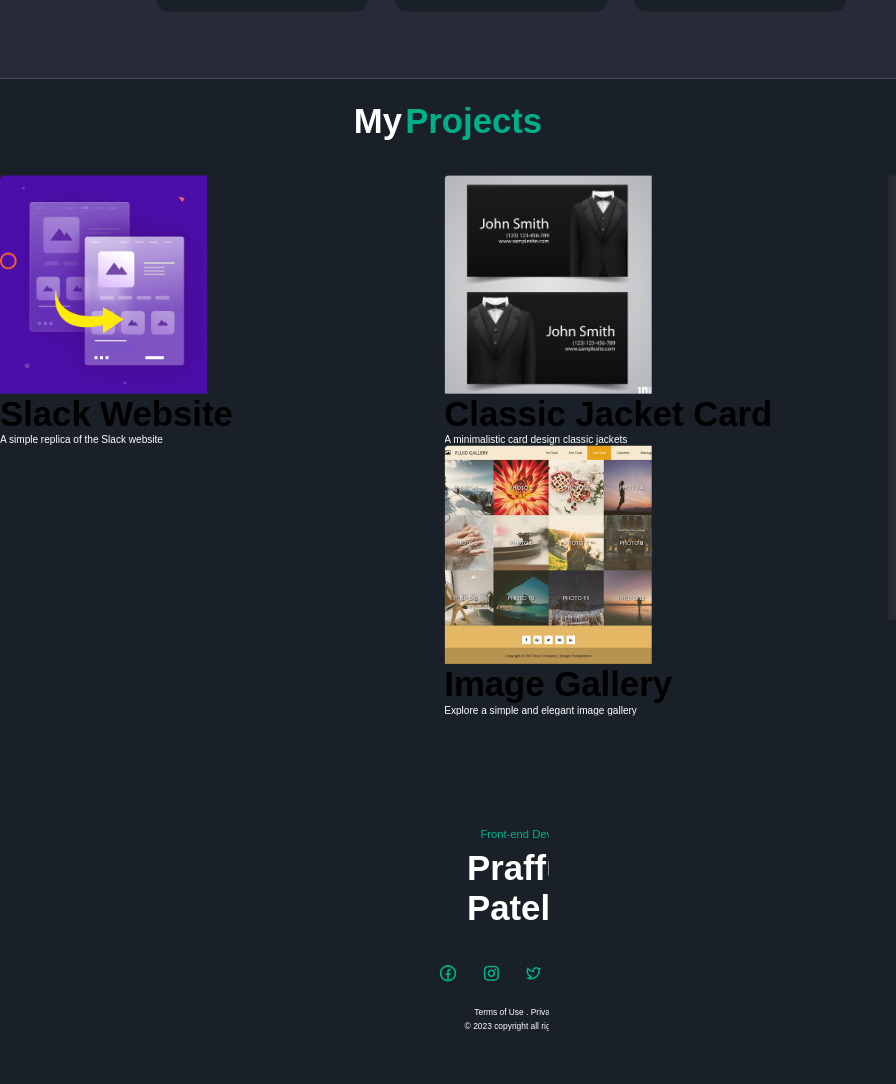
Repository: PraffulPatel27/Portfolio_2.0
Page: index.html
The author's editor kept a copy of each file at every save. The page is drawn from the files as they stood at one save, then again after a run of saves.
The browser window is 1280 px wide. The pictures show the part of the page from y = 2219 to 4139 px (the page is 3768 px tall before and 4368 px after), at 70% of full size.

Above is the page before, as saved 2024-01-30 14:56:17.

After the next 3 saves:
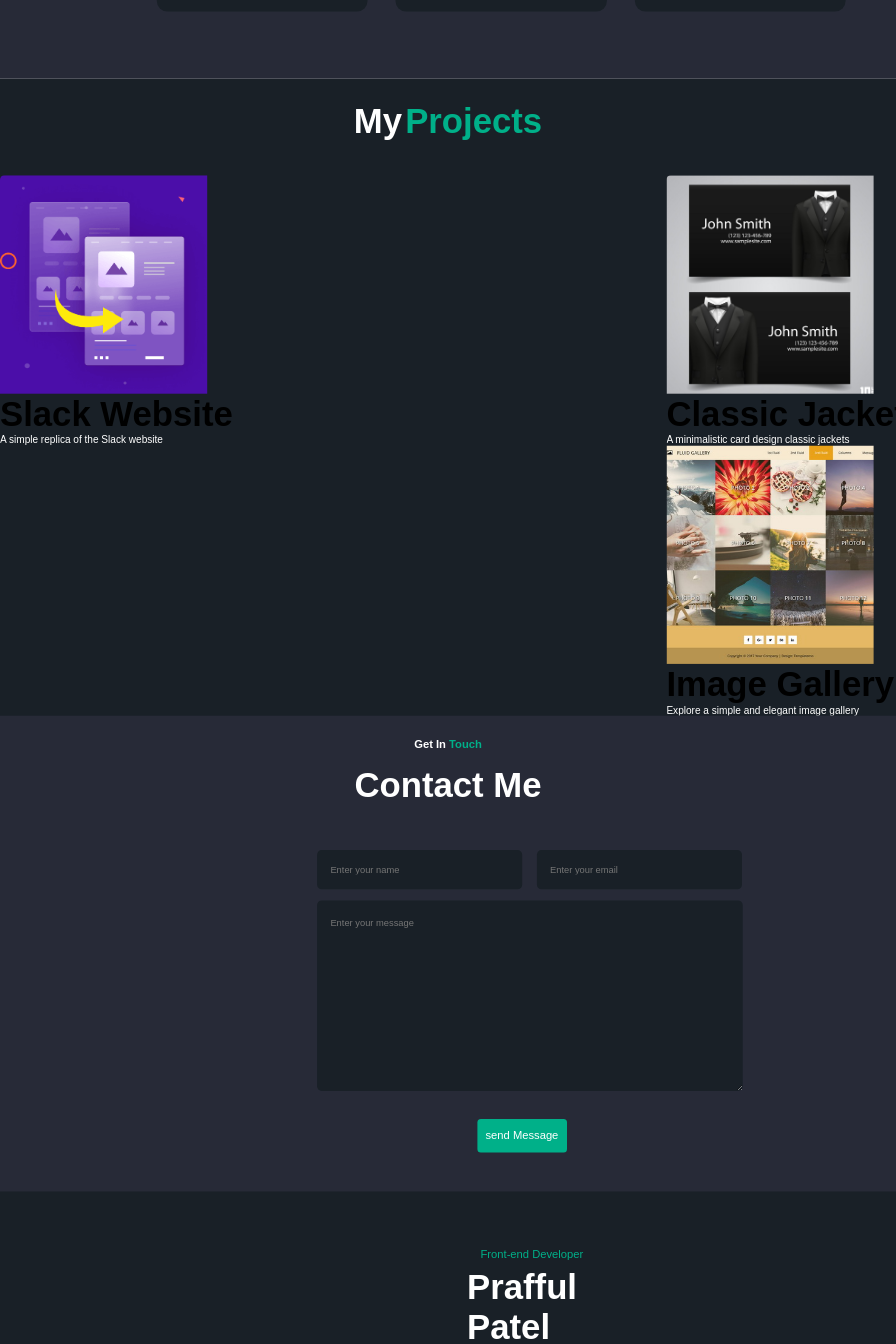
The 3 saves are shown as one change because they came seconds apart.
The last was saved 52 s later.
--- a/index.html
+++ b/index.html
@@ -214,9 +214,8 @@
               </div>
             </div>
 
-            <div class="part-2">
-              <div class="pro-1">
-                <img src="./images/img-gallery.jpg">
+            <div class="pro-1">
+               <img src="./images/img-gallery.jpg">
 
                 <div class="project-info">
                   <h1> Image Gallery</h1>
